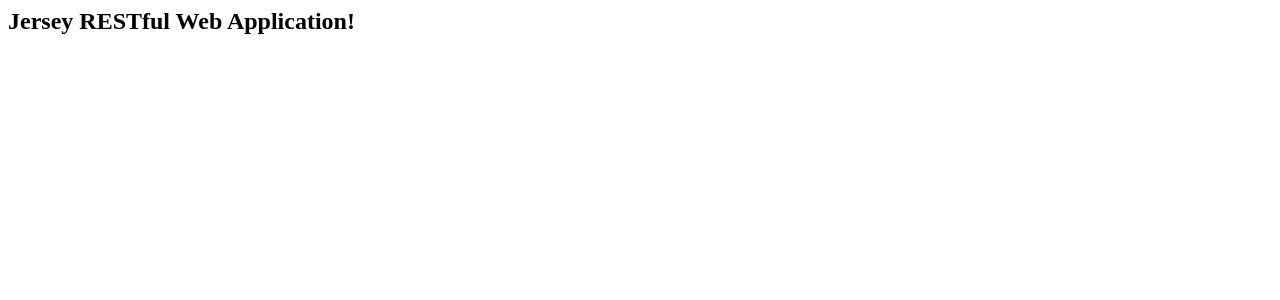
Repository: Vidhya2796/ATPTrainingFoldersJEECloud
Page: http://localhost/zipcode/
An editor plug-in stored every save of this project. The page is shown before and after the next save, followed by the edit.
The browser window is 1280 px wide. The pictures show the whole page.
The page is served by Tomcat 9. Other server files are loaded and not shown.

Above is the page before, as saved 2018-12-20 06:31:03.

### SpringREST/zipcode/src/main/webapp/index.jsp
<html>
<body>
    <h2>Jersey RESTful Web Application!</h2>
    <!-- <p><a href="webapi/myresource">Jersey resource</a>
    <p>Visit <a href="http://jersey.java.net">Project Jersey website</a>
    for more information on Jersey! -->

    <form action="webapi/zipcode"></form>

</body>
</html>

After the next save:
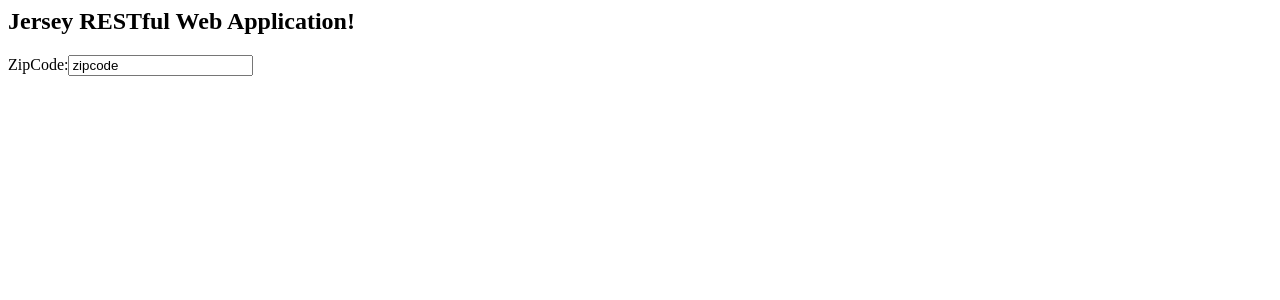
Saved 25 s later.
--- a/SpringREST/zipcode/src/main/webapp/index.jsp
+++ b/SpringREST/zipcode/src/main/webapp/index.jsp
@@ -5,7 +5,9 @@
     <p>Visit <a href="http://jersey.java.net">Project Jersey website</a>
     for more information on Jersey! -->
 
-    <form action="webapi/zipcode"></form>
+    <form action="webapi/zipcode">
+    ZipCode:<input type="text" value="zipcode">
+    </form>
 
 </body>
 </html>
